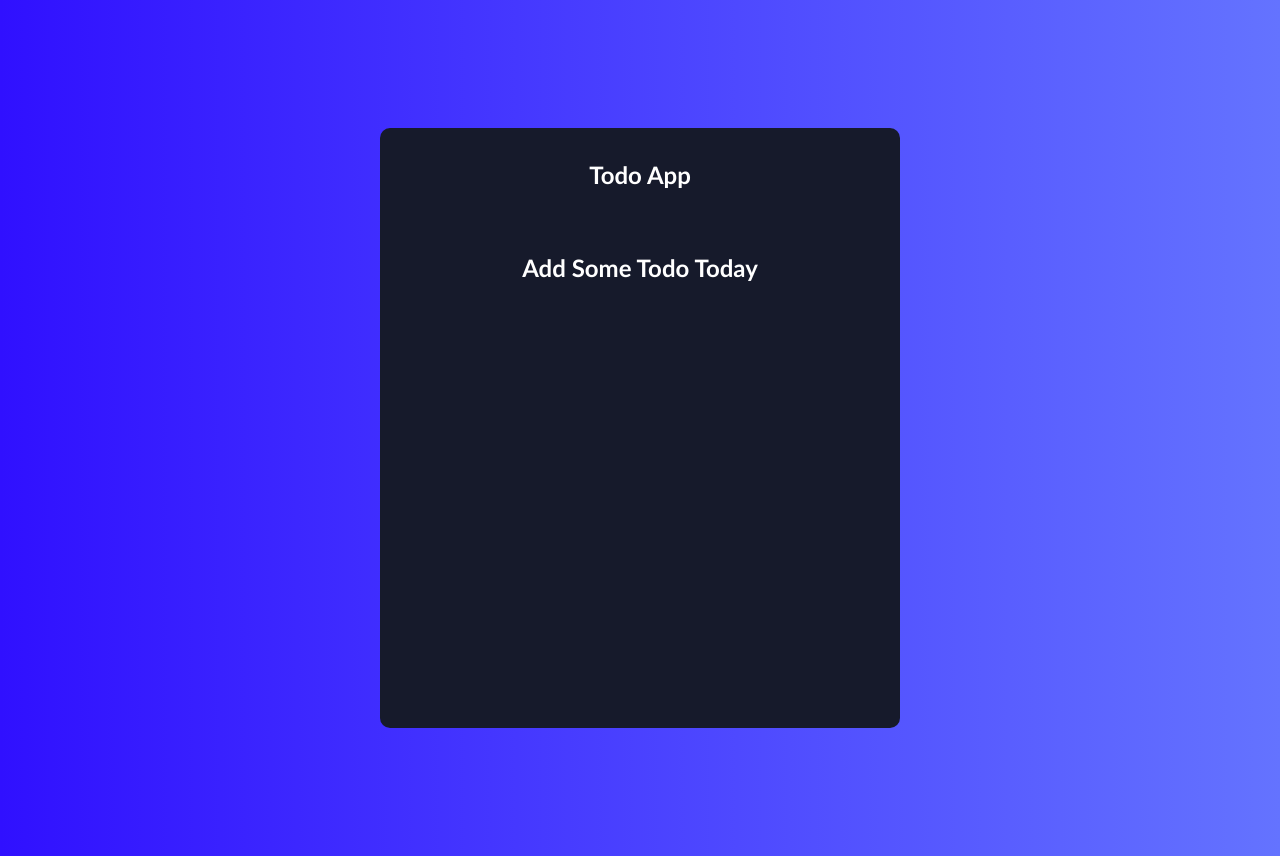
Repository: qqharry21/react-todo-app-v1
Page: /
The author's editor kept a copy of each file at every save. The page is drawn from the files as they stood at one save, then again after the next save.
The browser window is 1280 px wide. The pictures show the whole page.
The project was rebuilt for these pictures with package versions that can differ from the ones it lists, and the page was loaded fresh each time. Also part of the build but not shown: src/components/TodoForm.js, src/components/Todo.js, src/components/TodoList.js.

Above is the page before, as saved 2021-12-25 17:14:13.

After the next save:
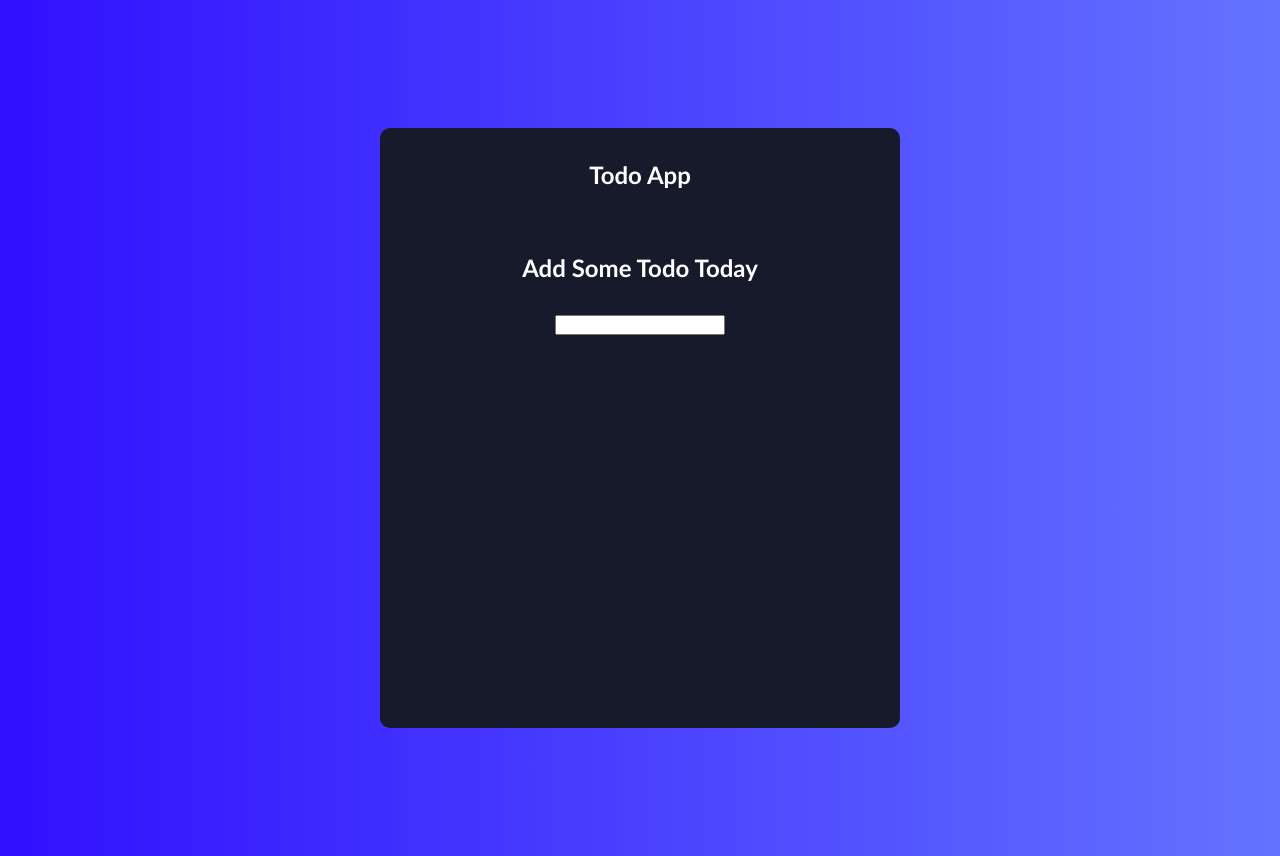
Saved 32 s later.
--- a/src/components_test/TodoForm.js
+++ b/src/components_test/TodoForm.js
@@ -6,6 +6,7 @@ function TodoForm() {
   return (
     <form action='' className='todo-form'>
       <h1>Add Some Todo Today</h1>
+      <input type='text' name='todo-input' id='todo-input' />
     </form>
   );
 }
